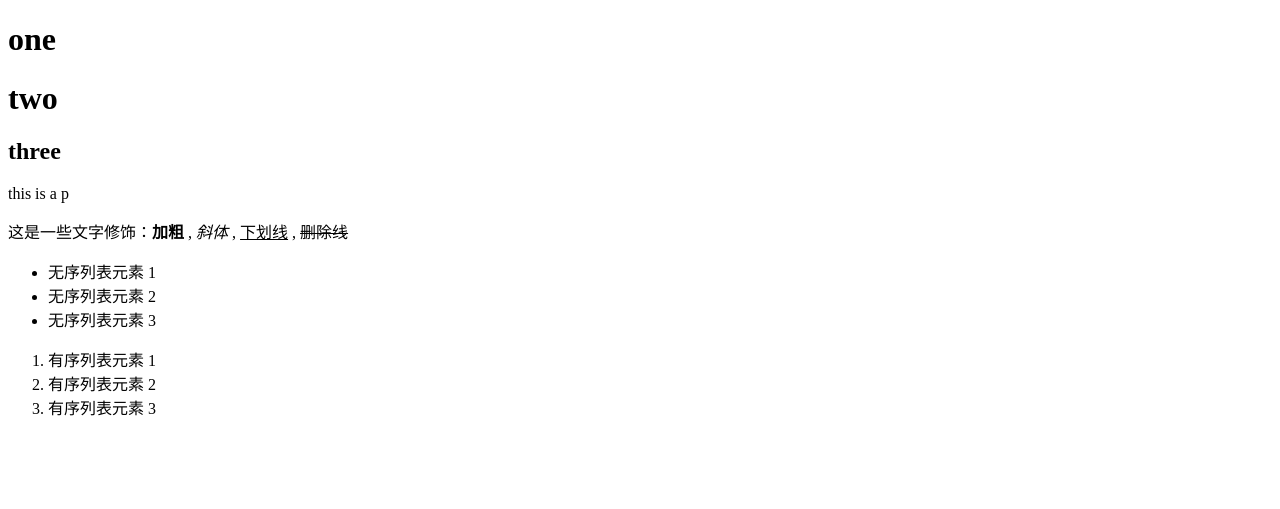
Repository: supercubes/Web
Page: first.html
The author's editor kept a copy of each file at every save. The page is drawn from the files as they stood at one save, then again after a run of saves.
The browser window is 1280 px wide. The pictures show the whole page.

Above is the page before, as saved 2025-03-21 20:16:41.

After the next 3 saves:
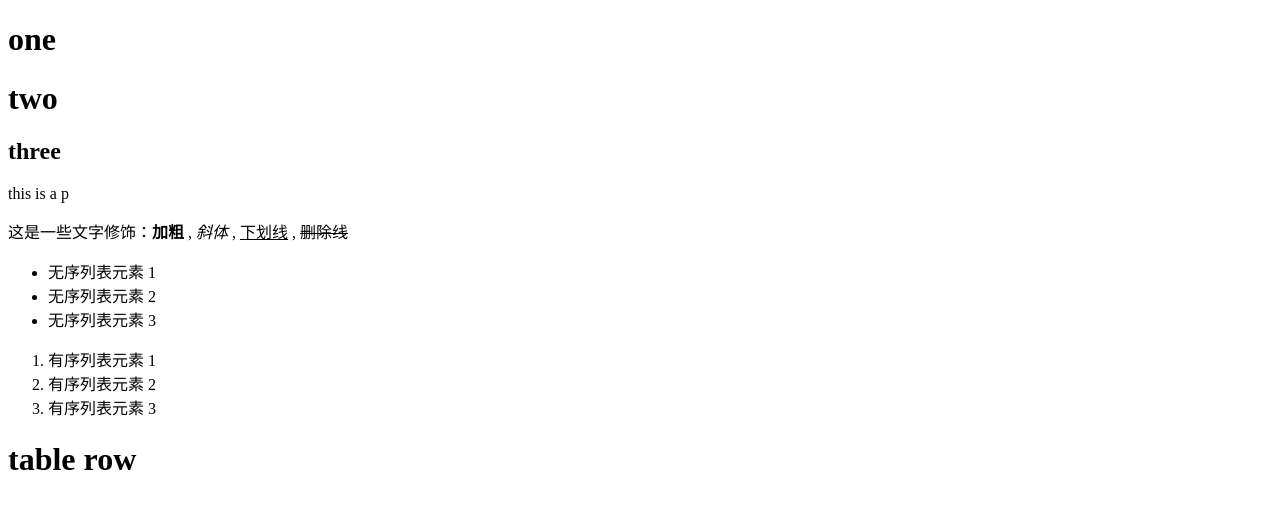
The 3 saves are shown as one change because they came seconds apart.
The last was saved 12 s later.
--- a/first.html
+++ b/first.html
@@ -24,7 +24,7 @@
     <li>有序列表元素 2</li>
     <li>有序列表元素 3</li>
 </ol>
-
+<h1>table row</h1>
 <table>
     <tr>
 
